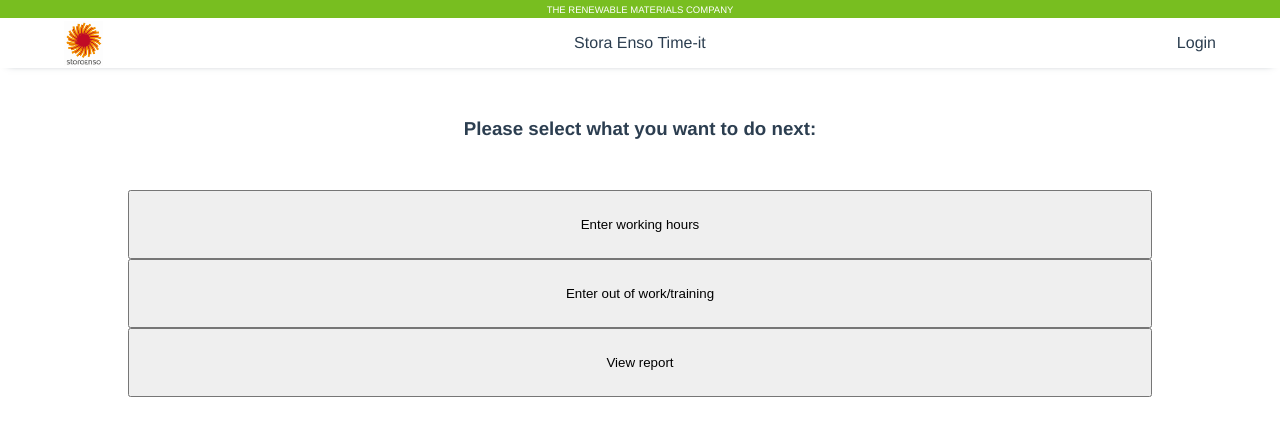
Repository: marianreha/vue-timeit
Page: /
An editor plug-in stored every save of this project. The page is shown before and after the next save, followed by the edit.
The browser window is 1280 px wide. The pictures show the whole page.
Some web fonts or font styles are not loaded; a fallback is used. The project was rebuilt for these pictures with package versions that can differ from the ones it lists, and the page was loaded fresh each time. Also part of the build but not shown: vue.config.js.

Above is the page before, as saved 2020-03-29 19:32:49.

### src/App.vue
<template>
  <div id="app">
    <Navbar />
    <Home />
  </div>
</template>

<script>
import Navbar from './components/Navbar'
import Home from './components/Home'

export default {
  name: 'App',
  components: {
    Navbar,
    Home,
  }
}
</script>

<style>
@import url(//db.onlinewebfonts.com/c/2afedaab5a5177410b408023384af22d?family=HelveticaNeueLTW01-55Roman);

#app {
  font-family: Helvetica, Arial, sans-serif;
  -webkit-font-smoothing: antialiased;
  -moz-osx-font-smoothing: grayscale;
  text-align: center;
  color: #2c3e50;
  padding: 0px;
}

* {
    box-sizing: border-box;
    margin: 0 !important;
    cursor: default;
}
</style>

### src/components/Navbar.vue
<template>
  <div>
      <header class="green">
          The renewable materials company
      </header>
      <header class="navbar">
          <img class="logo" src="../assets/logo.jpg" alt="logo">
          <nav>
              Stora Enso Time-it
          </nav>
          <span>Login</span>
      </header>
  </div>
</template>

<script>
export default {
    name: 'Navbar',
}
</script>

<style>
.green {
    padding: 4px 0 3px 0;
    background-color: #78BE20;
    color: #FFFFFF;
    font-size: 9.5px;
    text-transform: uppercase;
}

.navbar {
    display: flex;
    height: 2rem;
    justify-content: space-between;
    align-items: center;
    padding: 25px 5%;
    box-shadow: 0 3px 8px -8px;
}

.logo {
    height: 45px;
    cursor: pointer;
}
</style>>

### src/components/Home.vue
<template>
  <div>
      <h3>Please select what you want to do next:</h3>
      <div class="btn-group">
        <button>Enter working hours</button>
        <button>Enter out of work/training</button>
        <button>View report</button>
      </div>
  </div>
</template>

<script>
export default {
    name: "Home"
}
</script>

<style>
h3 {
    padding: 50px;
}
.btn-group {
    display: flex;
    flex-direction: column;
    justify-content: center;
    padding: 0 10%;
}

.btn-group button {
    padding: 25px;
    margin: 10px 10px 10px 10px;
}


</style>

Loaded but not shown: public/index.html (common file); src/main.js (common file)

After the next save:
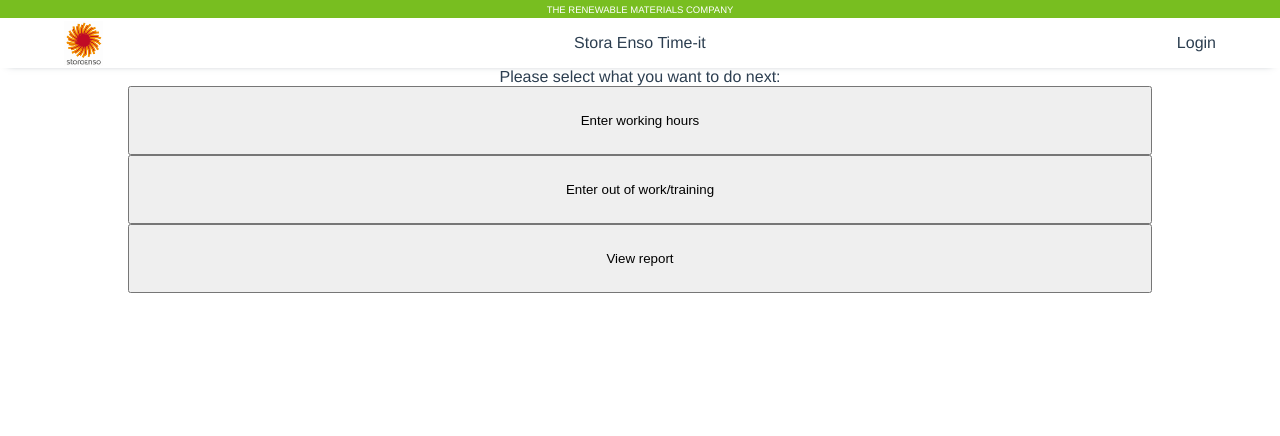
Saved 11 s later.
--- a/src/components/Home.vue
+++ b/src/components/Home.vue
@@ -1,6 +1,6 @@
 <template>
   <div>
-      <h3>Please select what you want to do next:</h3>
+      <p>Please select what you want to do next:</p>
       <div class="btn-group">
         <button>Enter working hours</button>
         <button>Enter out of work/training</button>
